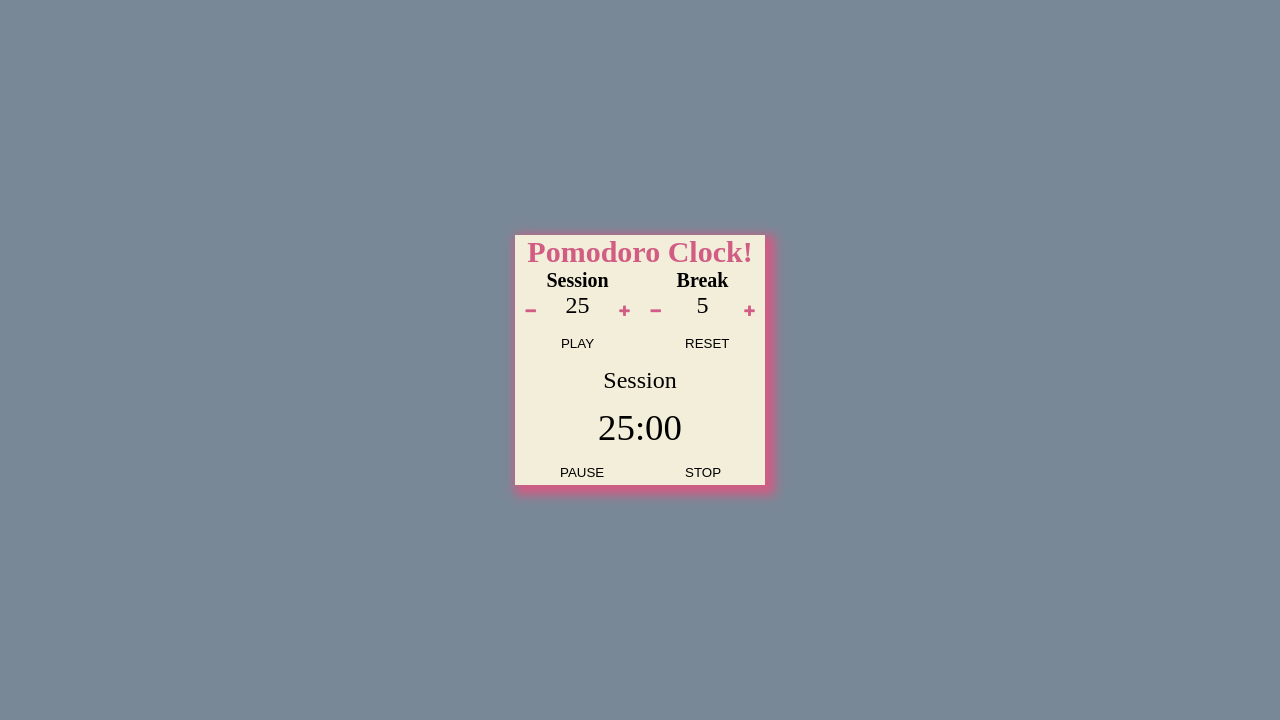
Repository: mcostigliola/pomodoroTimer
Page: index.html
An editor plug-in stored every save of this project. The page is shown before and after the next save, followed by the edit.
The browser window is 1280 px wide. The pictures show the whole page.

Above is the page before, as saved 2020-06-07 12:57:29.

After the next save:
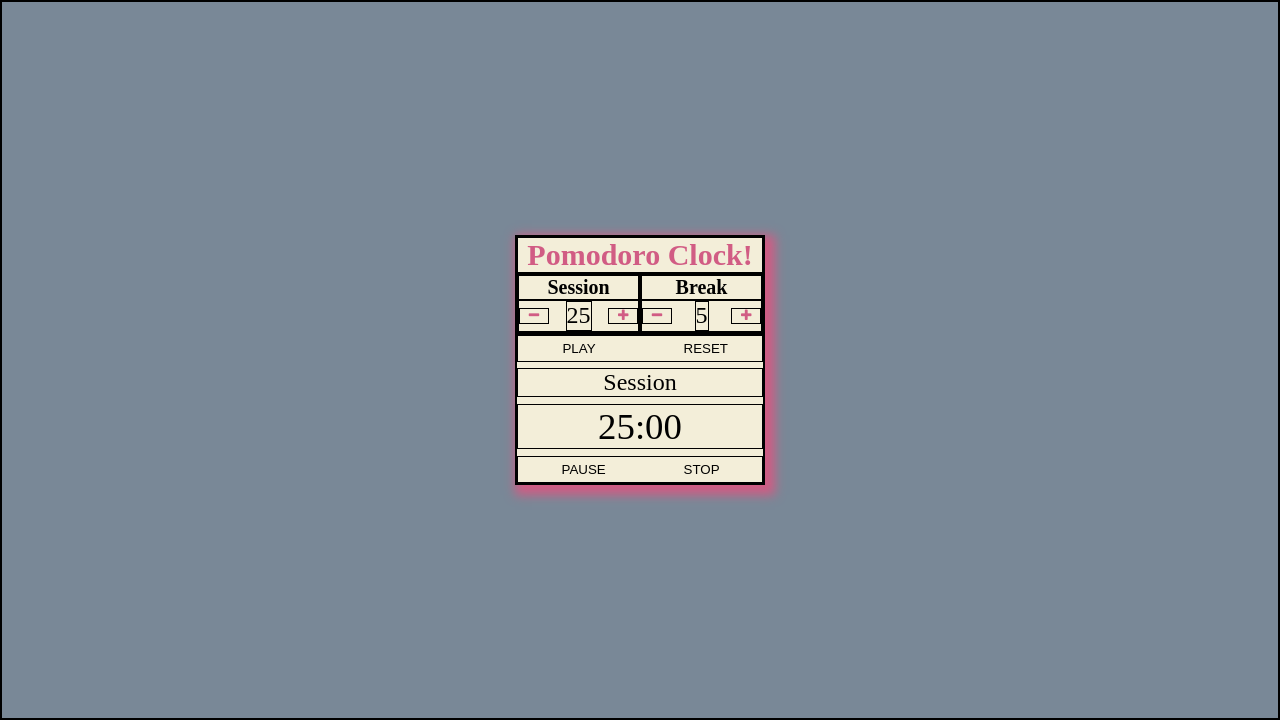
Saved 2 min 12 s later.
--- a/main.css
+++ b/main.css
@@ -5,7 +5,7 @@
 }
 
  *{
-    /* border: 1px solid black; */
+    border: 1px solid black;
     box-sizing: border-box;
     margin:0;
     padding:0;
